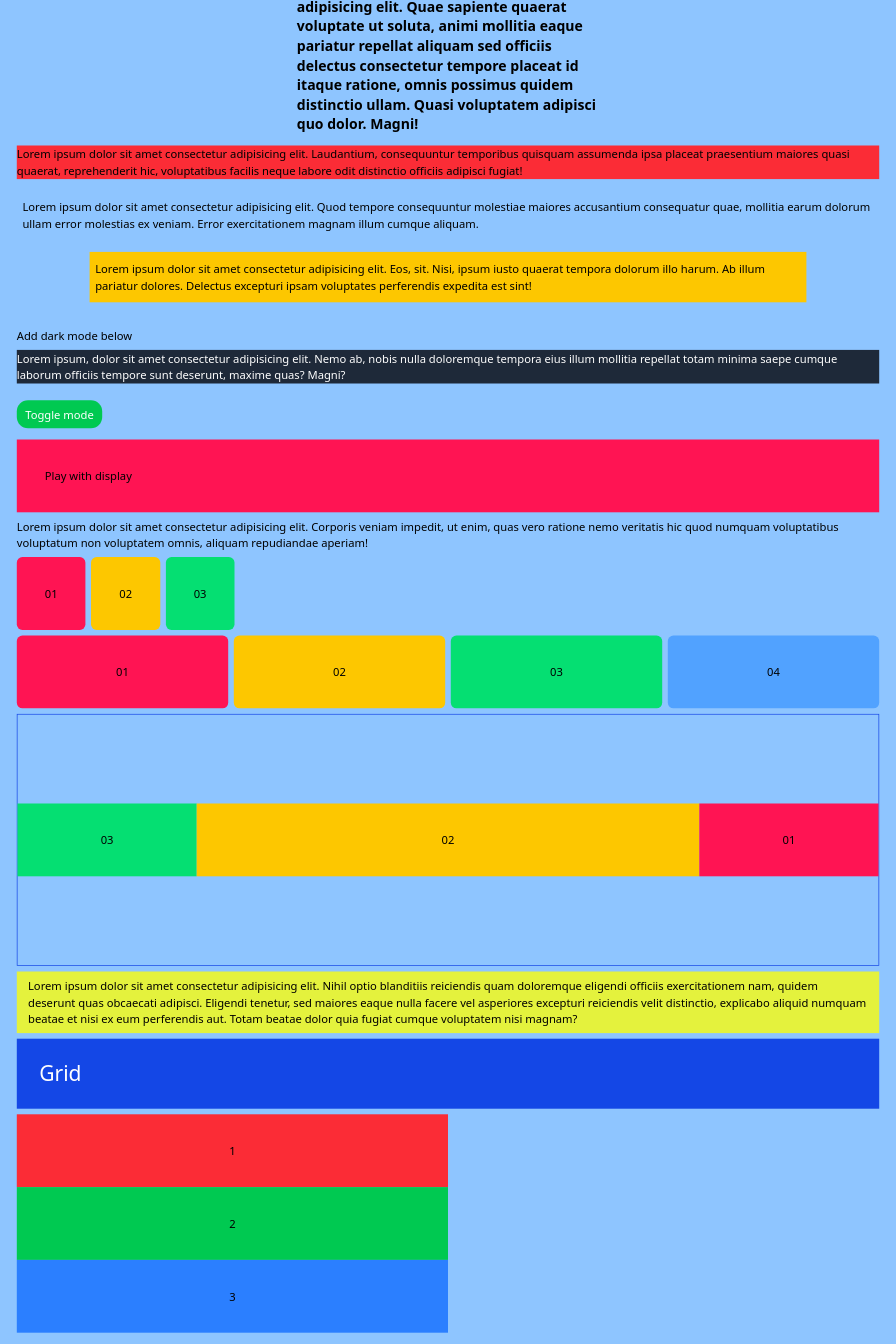
Repository: DinTri/TailwindCss
Page: index.html
The author's editor kept a copy of each file at every save. The page is drawn from the files as they stood at one save, then again after the next save.
The browser window is 1280 px wide. The pictures show the part of the page from y = 3277 to 5197 px (the page is 5197 px tall before and 4989 px after), at 70% of full size.
Some web fonts or font styles are not loaded; a fallback is used.

Above is the page before, as saved 2025-06-17 21:26:22.

### index.html
<!DOCTYPE html>
<html lang="en" class="dark">
  <head>
    <meta charset="UTF-8">
    <meta name="viewport" content="width=device-width, initial-scale=1">
    <title>Play with Tailwind</title>
    <link rel="preconnect" href="https://fonts.googleapis.com">
<link rel="preconnect" href="https://fonts.gstatic.com" crossorigin>
<link href="https://fonts.googleapis.com/css2?family=Edu+VIC+WA+NT+Hand+Pre:wght@400..700&display=swap" rel="stylesheet">
    <link rel="stylesheet" href="style.css">
    </head>
  <body class="h-screen bg-blue-300">
    <div class="m-2 p-4 space-y-2">
      <section class="text-center py-6">
  <h1 class="text-5xl leading-tight font-bold mt-8">
    Welcome to Our Product
  </h1>
  <p class="text-xl leading-relaxed">
    Discover features that will change the way you work.
  </p>
</section>
<div class="product-description">
  <h2 class="text-2xl leading-snug">
    Product Features
  </h2>
  <ul class="list-disc pl-5 leading-normal">
    <li>High-quality materials</li>
    <li>Innovative design</li>
    <li>Exceptional performance</li>
  </ul>
</div>
<form class="max-w-md mx-auto">
  <label id="testLabel" class="block text-sm leading-tight mb-2">
    Email Address
  </label>
  <input type="email" aria-labelledby="testLabel" class="w-full border rounded px-3 py-2 mb-4">
  <small class="text-xs leading-snug text-gray-600">
    We'll never share your email with anyone else.
  </small>
</form>
    <p class="text-3xl leading-none">Lorem ipsum dolor sit amet consectetur adipisicing elit. Nulla, aliquam cupiditate! Blanditiis ipsum, voluptas necessitatibus vel eos suscipit nam possimus ducimus magni consequuntur earum numquam. Omnis ut voluptatum aliquam, architecto sed ad, velit magnam voluptate delectus, a maxime minima at ullam temporibus?</p>
    <p class="text-base leading-normal font-[var(--font-extbold)]">
  This text scales smoothly with font size changes.
</p>
<h1 class="text-4xl leading-10 text-right">
  Precise Heading Alignment
</h1>
<p class="text-2xl font-medium text-[var(--color-deeppink)]">
  This text is deep pink!
</p>
<div class="bg-black p-4">
<p class="text-2xl text-[var(--color-turquoise)]">
  This text uses a custom turquoise color!
</p>
</div>
<div class="bg-gray-100 p-4">
  <p class="text-[#000080] text-2xl">
    This navy blue text stands out on a light gray background.
  </p>
  <p class="line-through">Lorem ipsum, dolor sit amet consectetur adipisicing elit. Porro id suscipit quaerat minus corporis hic nobis ipsa ut distinctio esse?</p>
  <p class="underline underline-offset-4">Lorem ipsum dolor sit amet consectetur adipisicing elit. Cum placeat laboriosam illum officia aliquid quibusdam sed perferendis temporibus a architecto?</p>
  <p class="underline decoration-amber-500 decoration-wavy">Lorem ipsum dolor sit amet consectetur adipisicing elit. Illo, explicabo! Omnis odit non eum tempore corrupti atque illum nemo libero.</p>
</div>
<ul class="list-[upper-roman] p-[revert]">
  <li>item 1</li>
  <li>item 2</li>
  <li>item 3</li>
</ul>
<ul class="list-emoji pl-6">
  <li class="before:content-['🔥'] before:mr-2">Fire</li>
  <li class="before:content-['⭐'] before:mr-2">Star</li>
  <li class="before:content-['🍆'] before:mr-2">Dick</li>
  <li class="before:content-['👉👌💦'] before:mr-2">Fuck</li>
  <li class="before:content-['💖💗🥰💞'] before:mr-2">Love</li>
</ul>
<p class="text-lg/relaxed">
  The font size is `lg`, and the line height is `relaxed`.
</p>
<p class="leading-relaxed" lang="ja">
  日本語のテキストがここに入ります。
</p>
<p class="leading-[1.45]">
  This paragraph has a custom line height of 1.45.
</p>
<p class="text-justify">Lorem ipsum dolor sit amet consectetur, adipisicing elit. Accusantium quasi porro harum recusandae, molestiae reprehenderit fugiat aut, voluptate in voluptatem corporis, error quod veritatis cum esse consequatur est quidem ratione officia vel tenetur quas incidunt. Molestias eligendi praesentium tenetur reprehenderit provident ipsam voluptates deleniti, animi quas velit. Fugiat, aliquam earum!</p>
<h1 class="leading-[3rem] text-center">
  Heading with a line height of 3rem.
</h1>
<p class="text-2xl/8 text-end">
  The font size is `2xl`, and the line height is `2rem` (32px).
</p>
<p class="leading-normal md:leading-relaxed lg:leading-loose text-start" dir="rtl">
  This paragraph's line height changes on medium and large screens.
</p>
<p class="text-base leading-6 mb-6">
  Paragraph with a line height of 24px and a bottom margin of 24px.
</p>
<div class="space-y-2">
  <p class="bg-[var(--color-deeppink)]">Lorem ipsum, dolor sit amet consectetur adipisicing elit. Necessitatibus earum ducimus pariatur doloribus nihil perferendis soluta enim natus optio expedita commodi amet ipsum minus dolor libero aspernatur temporibus, nulla quibusdam, excepturi iste eveniet consequuntur maxime ut. Corporis ipsam accusantium hic quisquam in temporibus odio voluptate.</p>
  <p class="bg-blue-600">Lorem ipsum, dolor sit amet consectetur adipisicing elit. Ea voluptatum rem esse ipsum tempora reiciendis nulla eum, omnis, provident repellat culpa? Explicabo ad expedita ipsum est, architecto illo nulla reprehenderit earum non at, minima consequatur fugiat repudiandae? Suscipit laboriosam deserunt harum doloremque odio nam facere doloribus quae blanditiis, cum itaque?</p>
</div>
<div class="space-x-8">
  <span class="bg-blue-500">Lorem ipsum, dolor sit amet consectetur adipisicing elit. Voluptatibus, facere labore. Ratione molestias esse tempore mollitia, illo voluptatum beatae ut!</span><span class="bg-yellow-500">Lorem ipsum dolor sit amet consectetur adipisicing elit. Ullam nihil perspiciatis iste laboriosam est sit dignissimos a nemo expedita nostrum quo repellat, itaque ipsam pariatur?</span>
</div>
<p class="bg-black text-yellow-200 w-60">Lorem ipsum dolor sit amet consectetur adipisicing elit. Animi, eos.</p>
<div class="bg-blue-900 text-yellow-200 max-w-screen-md mx-auto p-3">Lorem ipsum dolor sit amet consectetur, adipisicing elit. Dolores ut dolor ad fugit rerum velit dicta repudiandae id iusto. Molestias, omnis labore distinctio eveniet delectus earum ratione odit sed accusamus dolor modi ducimus optio natus iste exercitationem ad minus facilis! Reiciendis explicabo impedit quos voluptate, ratione soluta deleniti quis recusandae illum laboriosam! Explicabo eveniet asperiores qui rerum libero velit harum illo alias, expedita voluptatibus omnis laudantium quam ipsam nulla deserunt nihil unde. Neque itaque, provident laborum impedit aut nobis consequatur eum, quasi dolorem, molestiae nostrum labore. Blanditiis nisi non amet assumenda. Dignissimos et provident ipsam possimus maiores reiciendis beatae. Sequi eaque corporis sit beatae harum placeat consectetur quas tenetur fugiat ratione voluptas nostrum inventore facere magnam voluptates, expedita fuga sunt quasi tempora similique incidunt, doloremque porro blanditiis quidem! Ipsum earum corporis, voluptatem molestiae quidem fugit at, repellat qui adipisci deleniti porro, veritatis dolores illo exercitationem eos tempora possimus? Similique quam velit nobis inventore perspiciatis, amet quis delectus culpa saepe eum, ratione tenetur corrupti neque! Excepturi accusamus possimus, magni totam aliquid, fugit vel unde aut, recusandae voluptatibus debitis perspiciatis at? Assumenda, est sequi! Error, ab? Perspiciatis soluta quod esse eligendi provident omnis. Qui fugit iure nam praesentium quia itaque. Nisi, error?</div>
<div class="bg-blue-700 size-10 mb-3">Trifon</div>
<p class="max-w-xl mx-auto border-4 border-[#ff1493] border-double rounded-lg p-2">Lorem ipsum dolor sit amet consectetur adipisicing elit. Magnam reprehenderit nam doloremque, ipsam saepe culpa modi accusantium ipsa. Quae molestiae temporibus vitae modi? Voluptatibus, sint.</p>
<div class="divide-y-2 divide-amber-400">
  <p class="">Lorem ipsum dolor sit amet consectetur, adipisicing elit. Omnis ducimus odit voluptatibus minima laudantium doloremque non, excepturi deserunt veniam eveniet veritatis. Repellat aut animi aliquam?</p>
  <p class="">Lorem ipsum dolor sit amet consectetur adipisicing elit. Velit temporibus repudiandae quasi esse voluptate omnis voluptatem, repellendus quo maxime eum non eaque! Sint ex nulla quam omnis quae, magnam nisi.</p>
</div>
<div class="divide-x-4 divide-[#ff1493] mb-4"><span>Trifon fucks</span><span>the tiny tight pussy of Lincheto</span></div>
<button class="outline-2 outline-blue-700 outline-offset-4 p-2 flex items-center justify-center mx-auto bg-blue-700 text-white mb-3 cursor-pointer">Click me, pls</button>
<form class="max-w-sm mx-auto space-y-6">
  <div>
  <label for="my">Test States</label>
  <input minlength="6" placeholder="Username" type="text" id="my" class="peer/username w-full border-slate-400 border-2 rounded-md px-3 py-2 mb-1 focus:outline-sky-600" />
  <p class="text-red-500 hidden peer-focus/username:block">Minimum 6 chars</p>
  <button type="submit" class="w-full bg-blue-500 text-white px-3 py-2 cursor-pointer rounded-xl font-semibold hover:bg-sky-700 hover:font-bold active:bg-red-500">Submit</button>
  </div>
  <div>
  <label for="my">Test siblings</label>
  <input minlength="8" type="password" id="my" placeholder="Password" class="peer/password w-full border-slate-400 border-2 rounded-md px-3 py-2 mb-1 focus:outline-sky-600" />
  <p class="text-red-500 hidden peer-invalid/password:block">Minimum 8 chars</p>
  <button type="submit" class="w-full bg-blue-500 text-white px-3 py-2 cursor-pointer rounded-xl font-semibold hover:bg-sky-700 hover:font-bold active:bg-red-500">Submit</button>
  </div>
</form>

<div class="group/parent1 space-y-6 max-w-sm mx-auto mt-6 hover:bg-[#ff1453]">
  <h3 class="font-semibold group-hover/parent1:text-white">This is Trifon's header</h3>
  <p class="text-indigo-800 text-justify group-hover/parent1:text-white">Lorem ipsum dolor, sit amet consectetur adipisicing elit. Pariatur, recusandae ex quod soluta repellendus architecto dolore quis quos tempore eveniet esse, delectus distinctio nesciunt hic ipsum neque iure ad! Blanditiis!</p>
  <button disabled class="group/parent2 group-hover:text-white bg-emerald-800 rounded-2xl disabled:bg-emerald-500 disabled:cursor-not-allowed px-3 py-2">Hover me <span class="hidden group-hover/parent2:inline text-white">You will see some magic, just hover me. Yeah... but you are disabled, shame on you</span></button></div>
  <ul class="flex justify-center align-items:center gap-4 py-3 mx-auto *:text-red-500 font-semibold *:bg-green-500 *:inline *:rounded-xl *:px-3 *:py-2" >
    <li class="">Item 1</li>
    <li class="">Item 2</li>
    <li class="">Item 3</li>
    <li class="">Item 4</li>
    <li class="">Item 5</li>
  </ul>
  <ul class="custom-list flex justify-center items-center gap-4 py-3 mx-auto font-semibold">
    <li>Item 1</li>
    <li>Item 2</li>
    <li>Item 3</li>
    <li>Item 4</li>
    <li>Item 5</li>
</ul>
  <div class="flex flex-col justify-center items-center py-3 mx-auto">
    <p class="max-w-sm mx-auto px-2 py-4 text-sm md:text-xl lg:max-w-md xs:text-3xl font-semibold">Lorem ipsum dolor sit amet consectetur adipisicing elit. Quae sapiente quaerat voluptate ut soluta, animi mollitia eaque pariatur repellat aliquam sed officiis delectus consectetur tempore placeat id itaque ratione, omnis possimus quidem distinctio ullam. Quasi voluptatem adipisci quo dolor. Magni!</p>
    <p class="bg-red-500 md:max-lg:bg-blue-600 mb-4">Lorem ipsum dolor sit amet consectetur adipisicing elit. Laudantium, consequuntur temporibus quisquam assumenda ipsa placeat praesentium maiores quasi quaerat, reprehenderit hic, voluptatibus facilis neque labore odit distinctio officiis adipisci fugiat!</p>
    <p class="px-2 py-3 sup-xs:bg-deeppink sup-md:bg-turquoise sup-lg:text-pink can-hover:hover:underline touch:bg-gray max-sm:font-edu mb-4">Lorem ipsum dolor sit amet consectetur adipisicing elit. Quod tempore consequuntur molestiae maiores accusantium consequatur quae, mollitia earum dolorum ullam error molestias ex veniam. Error exercitationem magnam illum cumque aliquam.</p>
    <p class="px-2 py-3 bg-yellow-400 md-to-lg:bg-blue-600 mb-4 max-w-screen-lg">Lorem ipsum dolor sit amet consectetur adipisicing elit. Eos, sit. Nisi, ipsum iusto quaerat tempora dolorum illo harum. Ab illum pariatur dolores. Delectus excepturi ipsam voluptates perferendis expedita est sint!</p>
  </div>
  <div><h3>Add dark mode below</h3></div>
  <div class="bg-gray-50 dark:bg-gray-800 dark:text-white">Lorem ipsum, dolor sit amet consectetur adipisicing elit. Nemo ab, nobis nulla doloremque tempora eius illum mollitia repellat totam minima saepe cumque laborum officiis tempore sunt deserunt, maxime quas? Magni?</div>
  <button class="dark:text-white mt-4 bg-green-500 px-3 py-2 rounded-2xl mb-4" onClick="document.documentElement.classList.toggle('dark')">Toggle mode</button>
  <div class="bg-[#ff1453] p-10">Play with display</div>
  <p class="">Lorem ipsum dolor sit amet consectetur adipisicing elit. Corporis veniam impedit, ut enim, quas vero ratione nemo veritatis hic quod numquam voluptatibus voluptatum non voluptatem omnis, aliquam repudiandae aperiam!</p>
  <div class="inline-flex hover:flex-col gap-2 *:rounded-lg">
    <div class="p-10 bg-[#ff1453]">01</div>
    <div class="p-10 bg-yellow-400">02</div>
    <div class="p-10 bg-green-400">03</div>
  </div>
  <div class="flex justify-between  hover:flex-row-reverse gap-2 *:rounded-lg *:text-center">
    <div class="basis-128 p-10 bg-[#ff1453]">01</div>
    <div class="basis-128 p-10 bg-yellow-400">02</div>
    <div class="basis-128 p-10 bg-green-400">03</div>
    <div class="basis-128 p-10 bg-blue-400">04</div>
  </div>
  <!--flex; flex-1; flex-auto; flex-shrink; flex-initial; flex-none;content-; justify-center items-center -->
  <div class="flex flex-row-reverse h-[50vh] justify-center items-center *:text-center border border-blue-700">
    <div class="basis-64 p-10 bg-[#ff1453] w-1/2">01</div>
    <div class="text-center grow basis-128 p-10 w-1/2 bg-yellow-400">02</div>
    <div class="basis-64 p-10 bg-green-400 w-1/2">03</div>
</div>
  <div class="fixed top-0 left-0 right-0 p-6 mb-6 bg-blue-500">Fixed element</div>
  <div class="bg-avocado-400 mx-auto px-2 py-2 sm:px-2 md:px-3 lg:px-4">Lorem ipsum dolor sit amet consectetur adipisicing elit. Nihil optio blanditiis reiciendis quam doloremque eligendi officiis exercitationem nam, quidem deserunt quas obcaecati adipisci. Eligendi tenetur, sed maiores eaque nulla facere vel asperiores excepturi reiciendis velit distinctio, explicabo aliquid numquam beatae et nisi ex eum perferendis aut. Totam beatae dolor quia fugiat cumque voluptatem nisi magnam?</div>
  <div class="bg-blue-700 text-white p-8 text-3xl">Grid</div>
  <div class="*:text-center">
    <div class="bg-red-500 p-10 w-1/2">1</div>
    <div class="bg-green-500 p-10 w-1/2">2</div>
    <div class="bg-blue-500 p-10 w-1/2">3</div>
  </div>
</div>

  </body>
</html>

Loaded but not shown: style.css (2230 lines, source omitted)

After the next save:
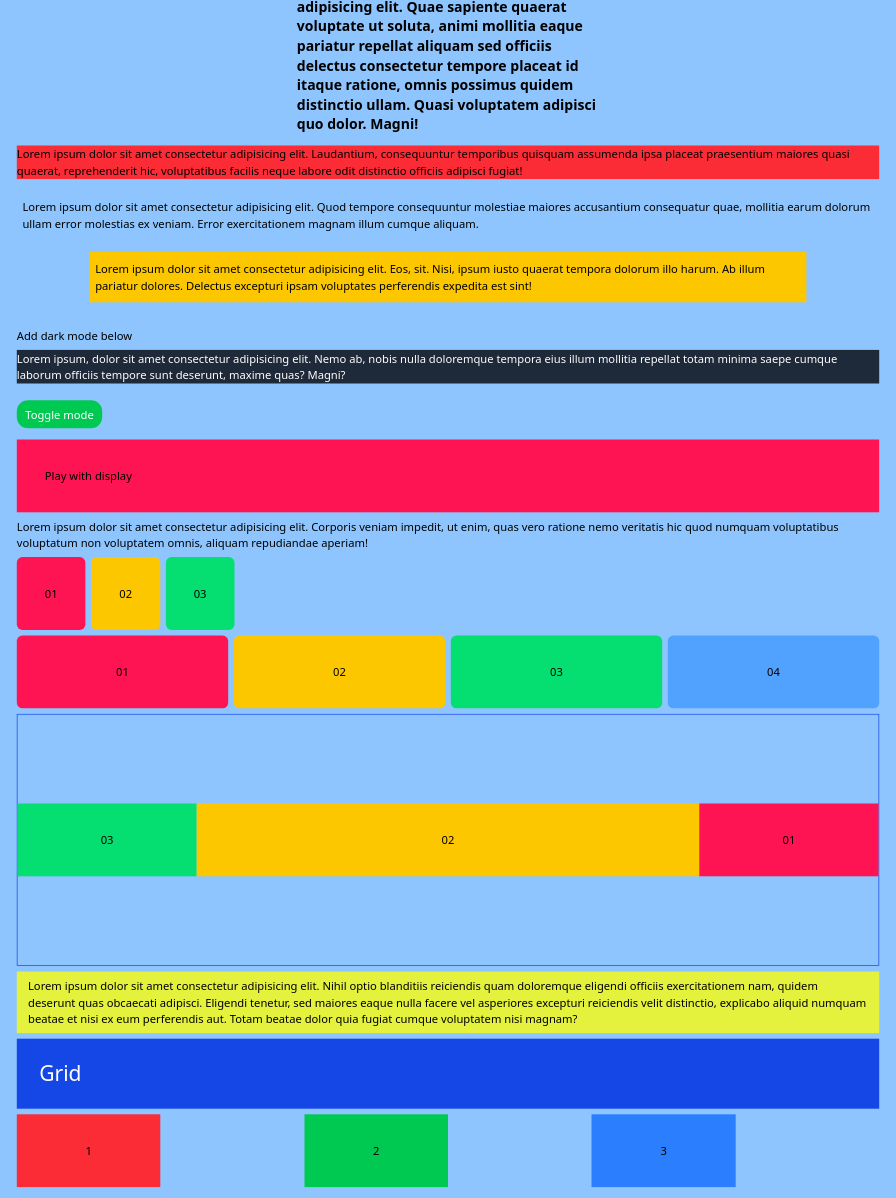
Saved 23 min 1 s later.
--- a/index.html
+++ b/index.html
@@ -176,7 +176,7 @@
   <div class="fixed top-0 left-0 right-0 p-6 mb-6 bg-blue-500">Fixed element</div>
   <div class="bg-avocado-400 mx-auto px-2 py-2 sm:px-2 md:px-3 lg:px-4">Lorem ipsum dolor sit amet consectetur adipisicing elit. Nihil optio blanditiis reiciendis quam doloremque eligendi officiis exercitationem nam, quidem deserunt quas obcaecati adipisci. Eligendi tenetur, sed maiores eaque nulla facere vel asperiores excepturi reiciendis velit distinctio, explicabo aliquid numquam beatae et nisi ex eum perferendis aut. Totam beatae dolor quia fugiat cumque voluptatem nisi magnam?</div>
   <div class="bg-blue-700 text-white p-8 text-3xl">Grid</div>
-  <div class="*:text-center">
+  <div class="*:text-center grid grid-cols-3">
     <div class="bg-red-500 p-10 w-1/2">1</div>
     <div class="bg-green-500 p-10 w-1/2">2</div>
     <div class="bg-blue-500 p-10 w-1/2">3</div>
